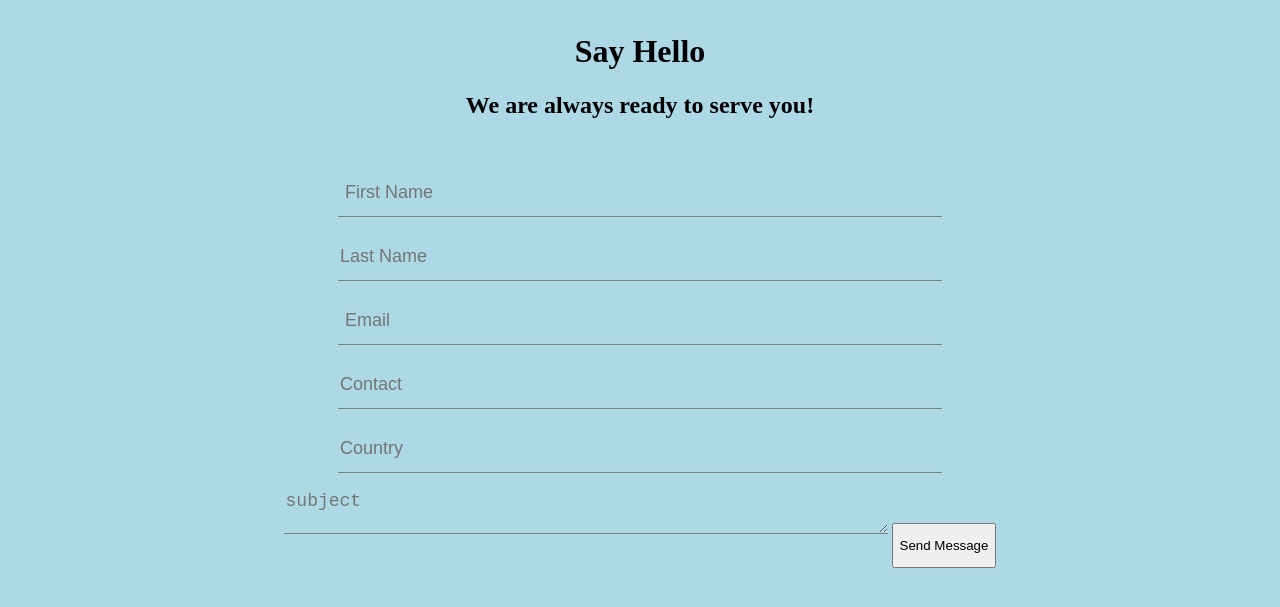
Repository: Owusuharriet/HW1-HAMAH.index.html
Page: index.htm
An editor plug-in stored every save of this project. The page is shown before and after the next save, followed by the edit.
The browser window is 1280 px wide. The pictures show the whole page.

Above is the page before, as saved 2020-08-03 23:29:28.

After the next save:
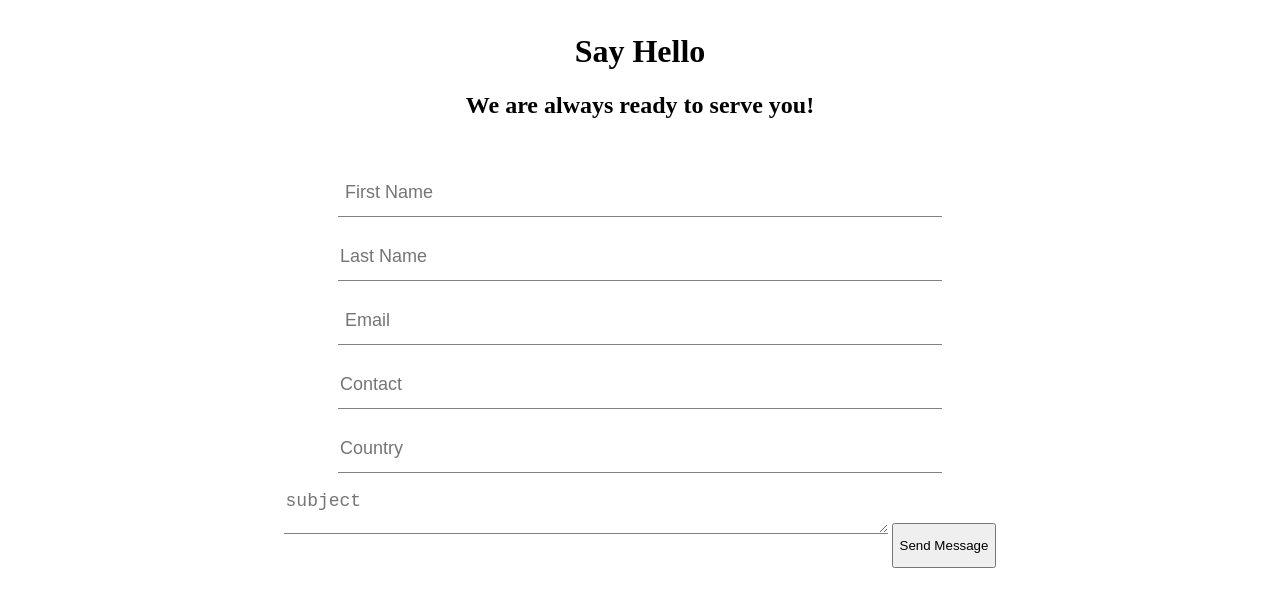
Saved 30 s later.
--- a/style.css
+++ b/style.css
@@ -2,7 +2,7 @@ body{
     margin: 6px;
     padding: 6px;
     text-align: center;
-    background-color:lightblue;
+    background-color:da;
 
     background-size: cover;
     background-position: center;
